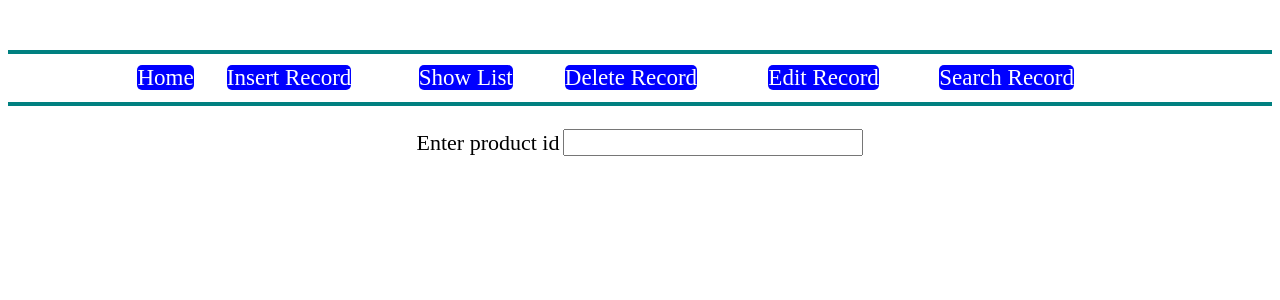
Repository: nikunj-var/Advance_Java
Page: http://localhost/product_management/insert.jsp
The author's editor kept a copy of each file at every save. The page is drawn from the files as they stood at one save, then again after the next save.
The browser window is 1280 px wide. The pictures show the whole page.
The page is served by Tomcat 10.

Above is the page before, as saved 2023-07-17 13:12:41.

After the next save:
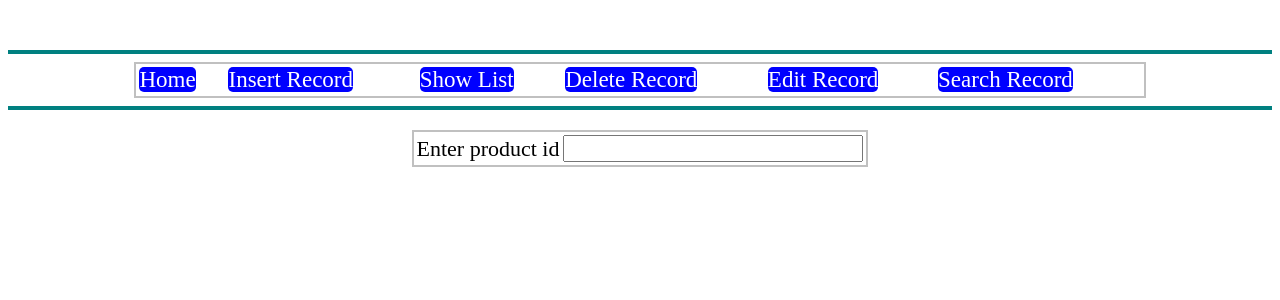
Saved 2 s later.
--- a/product_management/src/main/webapp/CSS/style.css
+++ b/product_management/src/main/webapp/CSS/style.css
@@ -18,6 +18,7 @@
 	margin: auto;
 	margin-top: 20px;
 	font-size: 22px;
+	border: 2px solid silver;
 }
 .textbox{
 	font-size: 18px;
@@ -30,3 +31,6 @@
 	border-radius: 5px;
 	font-size: 18px;
 }
+.tabledata{
+
+}
